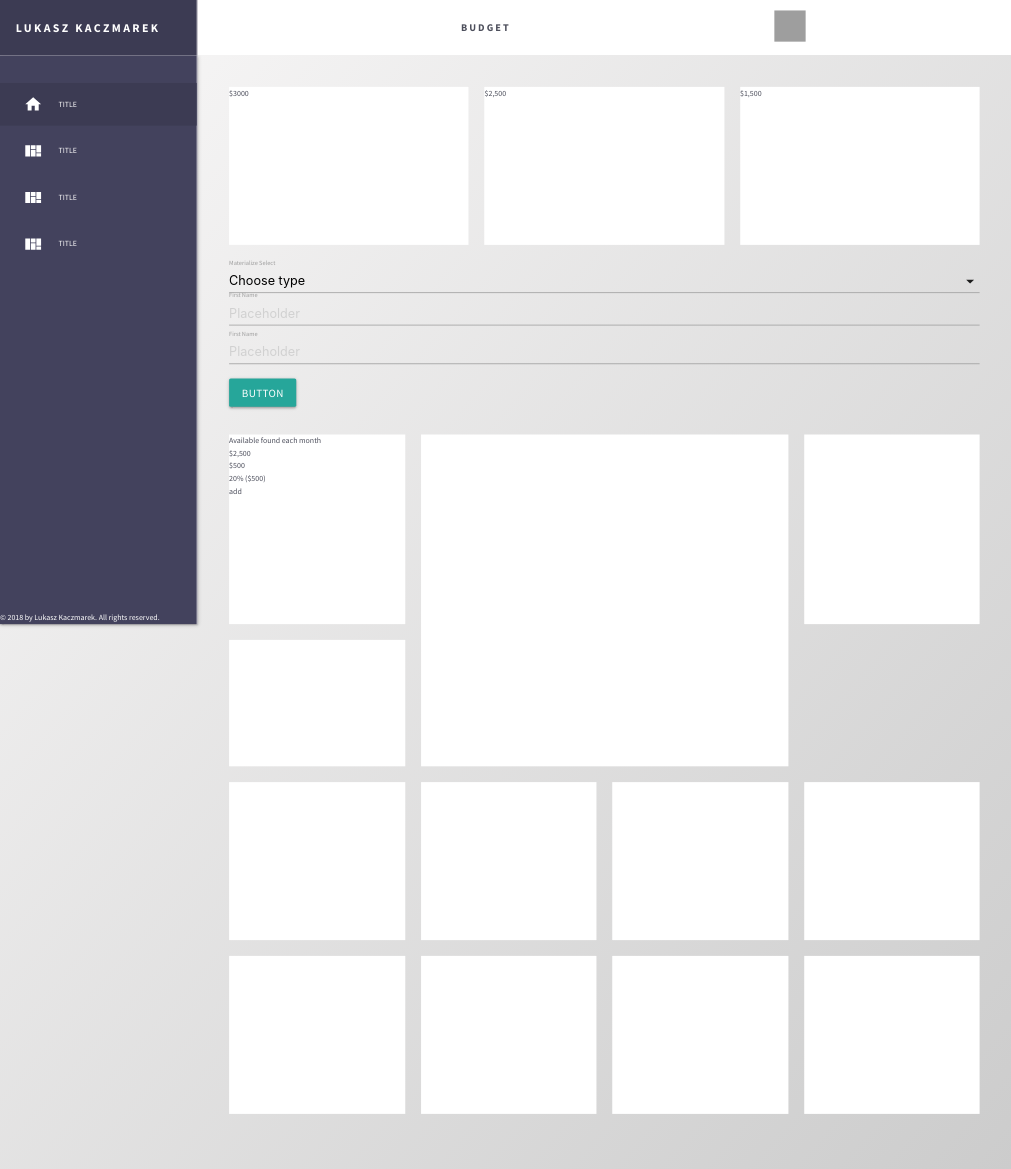
Repository: Archezi/BudgetApplication
Page: index.html
The author's editor kept a copy of each file at every save. The page is drawn from the files as they stood at one save, then again after the next save.
The browser window is 1280 px wide. The pictures show the whole page, at 79% of full size.
Pictures or frames that could not be fetched are drawn as grey boxes. The style sheet was rebuilt from its Sass, Less or Tailwind sources for each picture, by a compiler version that may differ from the author's.

Above is the page before, as saved 2018-08-29 20:48:06.

### index.html
<!DOCTYPE html>
<html lang="en">
<head>
    <meta charset="UTF-8">
    <meta name="viewport" content="width=device-width, initial-scale=1.0">
    <meta http-equiv="X-UA-Compatible" content="ie=edge">
    <link href="https://fonts.googleapis.com/css?family=Source+Sans+Pro:300,400,700" rel="stylesheet">
    <!--Import Google Icon Font-->
    <link href="https://fonts.googleapis.com/icon?family=Material+Icons" rel="stylesheet">
    <!--Import materialize.css-->
    <link type="text/css" rel="stylesheet" href="css/materialize.min.css"  media="screen,projection"/>
    <!-- Website style.css-->
    <link rel="stylesheet" href="css/style.comp.css">

    <title>Budget Application</title>

</head>
<body>
   <div class="web__container">
        <header class="header">
            <div class="logo">
                <h1>Lukasz Kaczmarek</h1>
            </div>
            <div class="page_title">
                <h2>Budget</h2>
            </div>
            <div class="user-nav">
                <div class="user-nav__icon"></div>
                <div class="user-nav__profile">
                    <img src="https://source.unsplash.com/random/40x40" alt="">
                </div>
            </div>
        </header>

        <div class="content">
            <nav class="sidebar">
                <ul class="side-nav">
                    <li class="side-nav__item side-nav__item--active">
                        <a href="#" class="side-nav__link">
                                <svg class="side-nav__icon" style="width:24px;height:24px" viewBox="0 0 24 24">
                                    <path fill="#fff" d="M10,20V14H14V20H19V12H22L12,3L2,12H5V20H10Z" />
                                </svg>
                            <span>Title</span>
                        </a>
                    </li>
                    <li class="side-nav__item ">
                        <a href="#" class="side-nav__link">
                            <svg class="side-nav__icon" style="width:24px;height:24px" viewBox="0 0 24 24">
                                <path fill="#000000" d="M2,5V19H8V5H2M9,5V10H15V5H9M16,5V14H22V5H16M9,11V19H15V11H9M16,15V19H22V15H16Z" />
                            </svg>
                            <span>Title</span>
                        </a>
                    </li>
                    <li class="side-nav__item ">
                        <a href="#" class="side-nav__link">
                            <svg class="side-nav__icon" style="width:24px;height:24px" viewBox="0 0 24 24">
                                <path fill="#000000" d="M2,5V19H8V5H2M9,5V10H15V5H9M16,5V14H22V5H16M9,11V19H15V11H9M16,15V19H22V15H16Z" />
                            </svg>
                            <span>Title</span>
                        </a>
                    </li>
                    <li class="side-nav__item ">
                        <a href="#" class="side-nav__link">
                            <svg class="side-nav__icon" style="width:24px;height:24px" viewBox="0 0 24 24">
                                <path fill="#000000" d="M2,5V19H8V5H2M9,5V10H15V5H9M16,5V14H22V5H16M9,11V19H15V11H9M16,15V19H22V15H16Z" />
                            </svg>
                            <span>Title</span>
                        </a>
                    </li>
                </ul>

                <div class="legal">
                    &copy; 2018 by Lukasz Kaczmarek. All rights reserved.
                </div>
            </nav>

            <div class="main">

                <div class="overview">
                    <div class="total__available-founds">$3000</div>
                    <div class="total__income">$2,500</div>
                    <div class="total__expenses">$1,500</div>
                </div>
                <div class="input-section-wrapper">
                    <div class="input-field input__type">
                        <select>
                            <option value="" disabled selected>Choose type</option>
                            <option value="inc">Income</option>
                            <option value="exp">Expense</option>
                        </select>
                        <label>Materialize Select</label>
                    </div>
                    <div class="input-field ">
                        <input placeholder="Placeholder" class="input__description" type="text">
                        <label for="first_name">First Name</label>
                    </div>
                    <div class="input-field input__description">
                        <input placeholder="Placeholder" class="input__value" type="text">
                        <label for="first_name">First Name</label>
                    </div>
                    <a class="waves-effect waves-light btn">button</a>


                </div>




                <div class="budget">
                    <div class="available-founds-panel">
                        <div class="available-founds__title">Available found each month</div>
                        <div class="available-found__value">$2,500</div>
                        <div class="available-found__deposit">$500</div>
                        <div class="available-found__deposit--percentage">20% ($500)</div>
                        <div class="available-found__btn add__btn">
                            <i></i>add
                        </div>
                    </div>
                    <div class="income-panel">
                    </div>
                    <div class="history-panel"></div>
                    <div class="expenses-panel"></div>
                </div>
                <div class="statistics">
                    <div class="net-profit-panel"></div>
                    <div class="tax-panel"></div>
                    <div class="savings-panel"></div>
                    <div class="projections"></div>

                </div>
                <div class="statistics">
                    <div class="net-profit-panel"></div>
                    <div class="tax-panel"></div>
                    <div class="savings-panel"></div>
                    <div class="projections"></div>

                </div>



            </div>


        </div>




   </div>

   <!-- Compiled and minified JavaScript -->
   <script src="js/jquery.min.js"></script>
   <script src="https://cdnjs.cloudflare.com/ajax/libs/materialize/1.0.0-rc.2/js/materialize.min.js"></script>
   <script src="js/myscript.js"></script>
</body>
</html>

### js/myscript.js
$(document).ready(function(){
    $('select').formSelect();
  });

### sass/main.scss
@import "base/reset";
@import "base/base";
@import "base/typography";

@import "abstracts/variables";
@import "components/mainComponent";
@import "components/layout";

### sass/base/_base.scss
:root {
    --color-primary: #eb2f64;
    --color-primary-light: #FF3366;
    --color-primary-dark: #BA265D;

    --color-background-dark: #3C3B53;
    --color-background-light: #43425D;

    --color-grey-light-1: #faf9f9;
    --color-grey-light-2: #f4f2f2;
    --color-grey-light-3: #f0eeee;
    --color-grey-light-4: #ccc;

    --color-grey-dark-1: #333;
    --color-grey-dark-2: #4D4F5C;
    --color-grey-dark-3: #999;
    --color-white: #fff;
    --shadow-dark: 0 2rem 6rem rgba(0,0,0,.3);
    --shadow-light: 0 2rem 5rem rgba(0,0,0,.06);

    --line: 1px solid var(--color-grey-light-2);
}

$bp-largest: 75em;     // 1200px
$bp-large: 68.75em;    // 1100px
$bp-medium: 56.25em;   // 900px
$bp-small: 37.5em;     // 600px
$bp-smallest: 31.25em; // 500px

* {
    margin: 0;
    padding: 0;
}

*,
*::before,
*::after {
    box-sizing: inherit;
}

html {
    box-sizing: border-box;
    font-size: 62.5%; // 1rem = 10px, 10px/16px = 62.5%

    @media only screen and (max-width: $bp-large) {
        font-size: 50%;
    }
}

body {


    color: var(--color-grey-dark-2);
    background-image: linear-gradient(to right bottom, var(--color-grey-light-1), var(--color-grey-light-4));
    background-size: cover;
    background-repeat: no-repeat;

    min-height: 100vh;
}

### sass/base/_typography.scss
body {

    font-weight: 400;
    line-height: 1.6;
    font-family: 'Source Sans Pro', sans-serif;
    text-rendering: optimizeLegibility;
    -webkit-font-smoothing: antialiased;

}

### sass/abstracts/_variables.scss
$header-height: 7rem;
$sidebar-width: 25rem;
$main: calc(4rem + $header-height );
$fraction: 1fr;

### sass/components/_mainComponent.scss

//////////////////////////////////////////
// Header

.logo {
    width: 25rem;
    padding: 0 2rem;

    border-right: var(--line);
    background: var(--color-background-dark);
    h1 {

        align-self: center;
        font-size: 1.5rem;
        font-weight: 700;
        line-height: 2rem;
        letter-spacing: 0.2em;
        text-transform: uppercase;
        padding: 2.5rem 0;
        color: var(--color-white);

    }
}
.page_title {
    width: 30rem;
    text-align: center;
    h2 {
        font-size: 1.3rem;
        font-weight: 700;
        letter-spacing: 0.2em;
        text-transform: uppercase;
    }
}
.user-nav {
    width: 30rem;
}



.side-nav {
    font-size: 1.5rem;
    list-style: none;
    margin-top: 3.5rem;

    &__item {
        position: relative;
        float: none;
        &:not(:last-child) {
            margin-bottom: .5rem;
        }
    }
    &__item::before {
        content: "";
        position: absolute;
        top: 0;
        left: 0;
        height: 100%;
        width: 3px;
        background-color: var(--color-background-dark);
        transform: scaleY(0);
        transition: transform .2s,
                    width .4s cubic-bezier(1,0,0,1) .2s,
                    background-color .1s;
    }

    &__item:hover::before,
    &__item--active::before {
        transform: scaleY(1);
        width: 100%;
    }

    &__item:active::before {
        background-color: var(--color-background-light);
    }

    &__link:link,
    &__link:visited {
        color: var(--color-grey-light-1);
        text-decoration: none;
        text-transform: uppercase;
        display: block;
        padding: 1.5rem 3rem;
        position: relative;
        z-index: 10;

        display: flex;
        align-items: center;

        @media only screen and (max-width: $bp-medium) {
            justify-content: center;
            padding: 2rem;
        }

        @media only screen and (max-width: $bp-small) {
            flex-direction: column;
            padding: 1.5rem .5rem;
        }
    }

    &__icon {
        width: 1.75rem;
        height: 1.75rem;
        margin-right: 2rem;
        fill: currentColor;
        path {
            fill: #fff;
        }
        @media only screen and (max-width: $bp-small) {
            margin-right: 0;
            margin-bottom: .7rem;
            width: 1.5rem;
            height: 1.5rem;
        }
    }
}

### sass/components/_layout.scss
.web__container {
    max-width: 100% !important;
    min-height: 100vh;
    margin: 0 auto;

}

.header {
    height: $header-height;
    background: var(--color-white);
    position: fixed;
    top: 0;
    width: 100%;
    display: flex;
    justify-content: space-between;
    align-items: center;
    z-index: 1000;
}
.content {

}

///////////////////////////////////////
// SIDEBAR

.sidebar {
    border-right: var(--line);
    background-color: var(--color-background-light);
    position: fixed;
    left: 0;
    top: 0;
    width: 25rem;
    margin-top: $header-height;
    // width: 25rem;
    display: flex;
    flex-direction: column;
    justify-content: space-between;
    min-height: calc(100vh );
    z-index: 999;
}

//////////////////////////////////////////
// MAIN
.main {
    margin-top: $header-height;
    padding: 4rem 4rem 7rem 29rem;
    width: 100%;
    min-height: calc(100vh - 7rem);
    display: grid;
    grid-gap: 2rem;
    grid-auto-rows: minmax(20rem, auto);
    .overview {
        display: grid;
        grid-gap: 2rem;
        grid-template-columns: repeat(3, 1fr);
        & > * {
            background: var(--color-white);
        }
        grid-row: 10rem;
    }
    .budget {
        display: grid;
        grid-gap: 2rem;
        grid-template-columns: repeat(4, 1fr);
        grid-row: span 2;
        & > * {
            background: var(--color-white);
        }
        .history-panel {
            grid-column: 2 / span 2;
            grid-row: 1 / span 2;
            grid-auto-rows: $fraction;
        }
    }

    .statistics {
        display: grid;
        grid-gap: 2rem;
        grid-template-columns: repeat(4, 1fr);

        & > * {
            background: var(--color-white);
        }

    }
}


//////////////////////////////////////////////@at-root
// Footer
.footer {
    position: absolute;
    bottom: 0;
    background: var(--color-white);
    z-index: 1;
    height: $header-height;
    width: calc(100%);
    z-index: 100;
}

Loaded but not shown: css/materialize.min.css (library); js/jquery.min.js (library); sass/base/_reset.scss (common file)

After the next save:
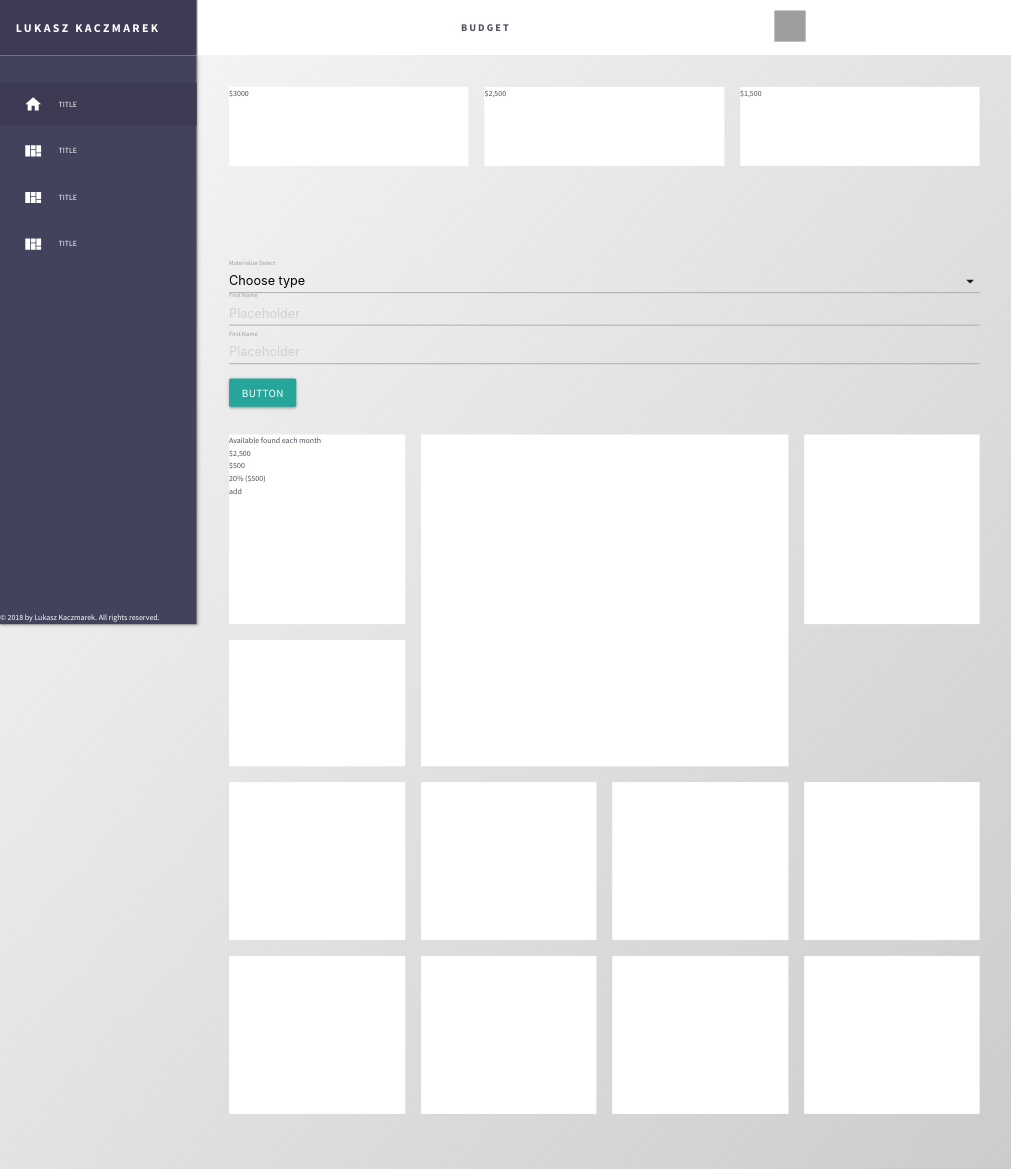
Saved 23 s later.
--- a/sass/components/_layout.scss
+++ b/sass/components/_layout.scss
@@ -56,7 +56,7 @@
         & > * {
             background: var(--color-white);
         }
-        grid-row: 10rem;
+        height:10rem;
     }
     .budget {
         display: grid;
